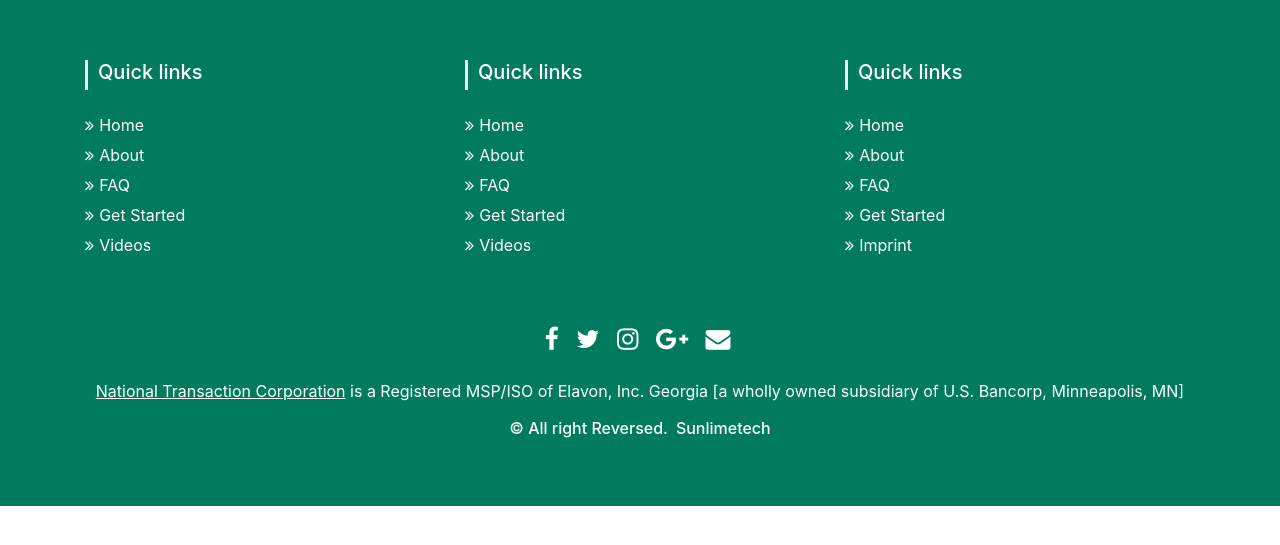
Repository: suganthisarathy/spring_hibernate
Page: http://localhost/olx_resale/WEB-INF/views/footer1.jsp
The author's editor kept a copy of each file at every save. The page is drawn from the files as they stood at one save, then again after the next save.
The browser window is 1280 px wide. The pictures show the whole page.
Some web libraries are served in a nearby version. The page is served by Tomcat 9. Nobody is signed in. The template is opened directly, without the code that normally fills it, so the values that code supplies are empty.

Above is the page before, as saved 2019-05-29 03:50:15.
Console error: TypeError: Cannot read properties of undefined (reading 'fn')

After the next save:
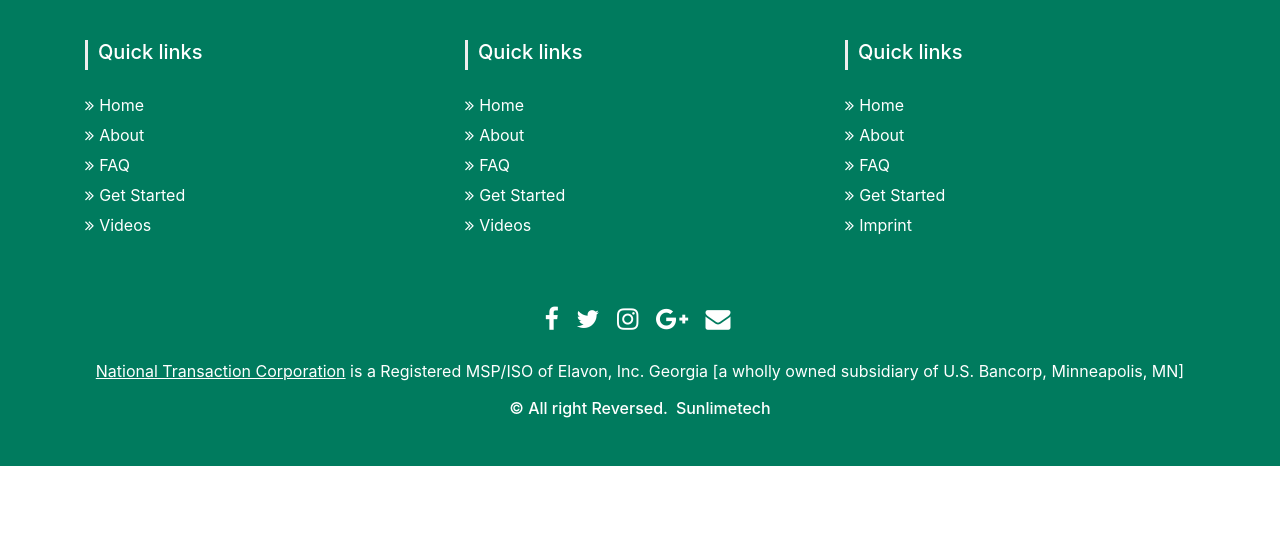
Saved 84 s later.
--- a/olx_resale/src/main/webapp/WEB-INF/views/footer1.jsp
+++ b/olx_resale/src/main/webapp/WEB-INF/views/footer1.jsp
@@ -6,7 +6,7 @@
 <style>
 @import url('https://maxcdn.bootstrapcdn.com/font-awesome/4.7.0/css/font-awesome.min.css');
 section {
-    padding: 60px 0;
+    padding: 40px 0;
 }
 
 section .section-title {
